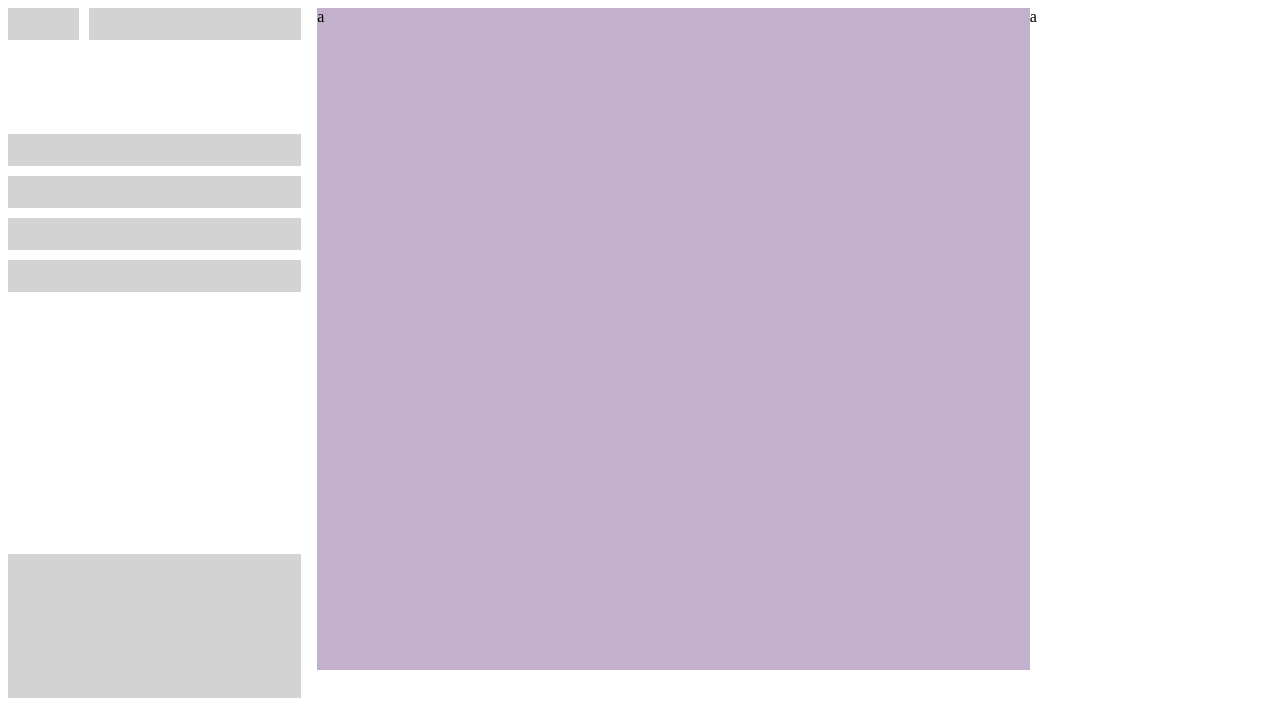
Repository: tr2cky/exercise2
Page: index.html
These files come from the project's save history. The page is drawn as it stood at one moment and after the next save; the edit follows.
The browser window is 1280 px wide. The pictures show the whole page.

Above is the page before, as saved 2022-10-01 11:49:48.

After the next save:
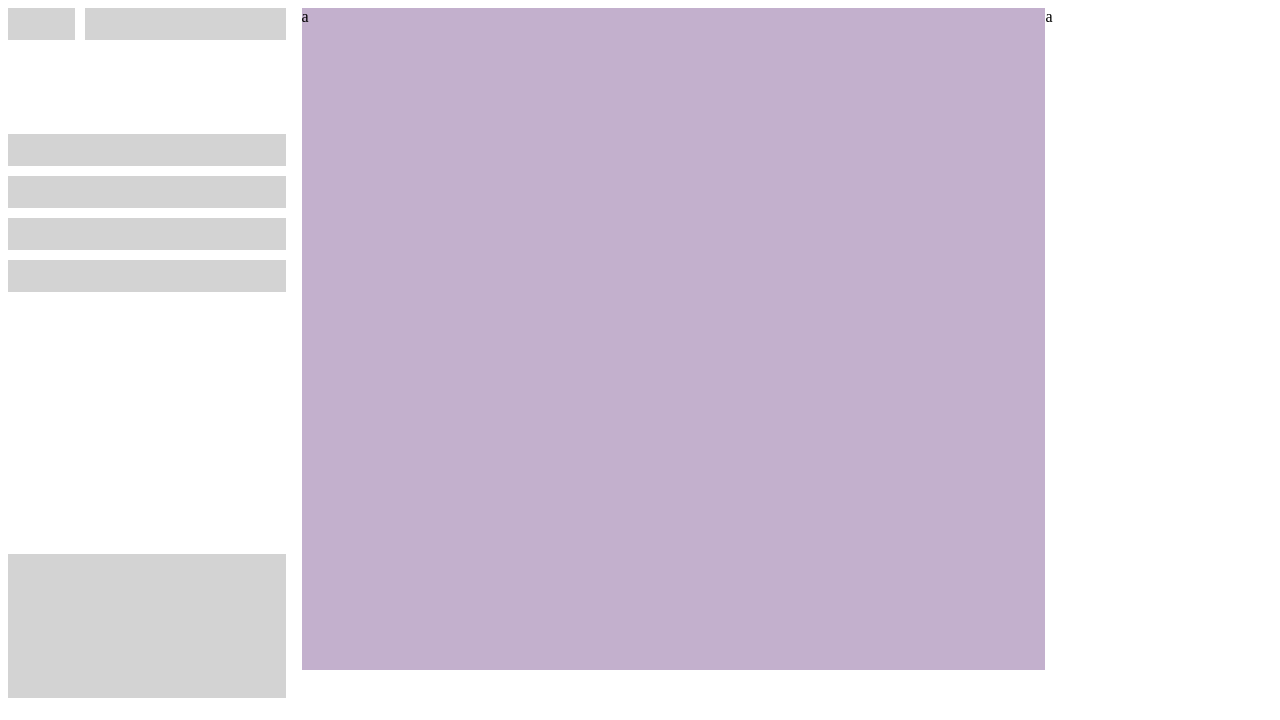
Saved 68 s later.
--- a/style.css
+++ b/style.css
@@ -6,6 +6,9 @@
 main {
     flex-grow: 3;
     background-color: rgb(195, 176, 205);
+    display: grid;
+    grid-template-columns: repeat(12, 1fr);
+    grid-auto-rows: 1em;
 }
 .side1 {
     flex-grow: 1;
